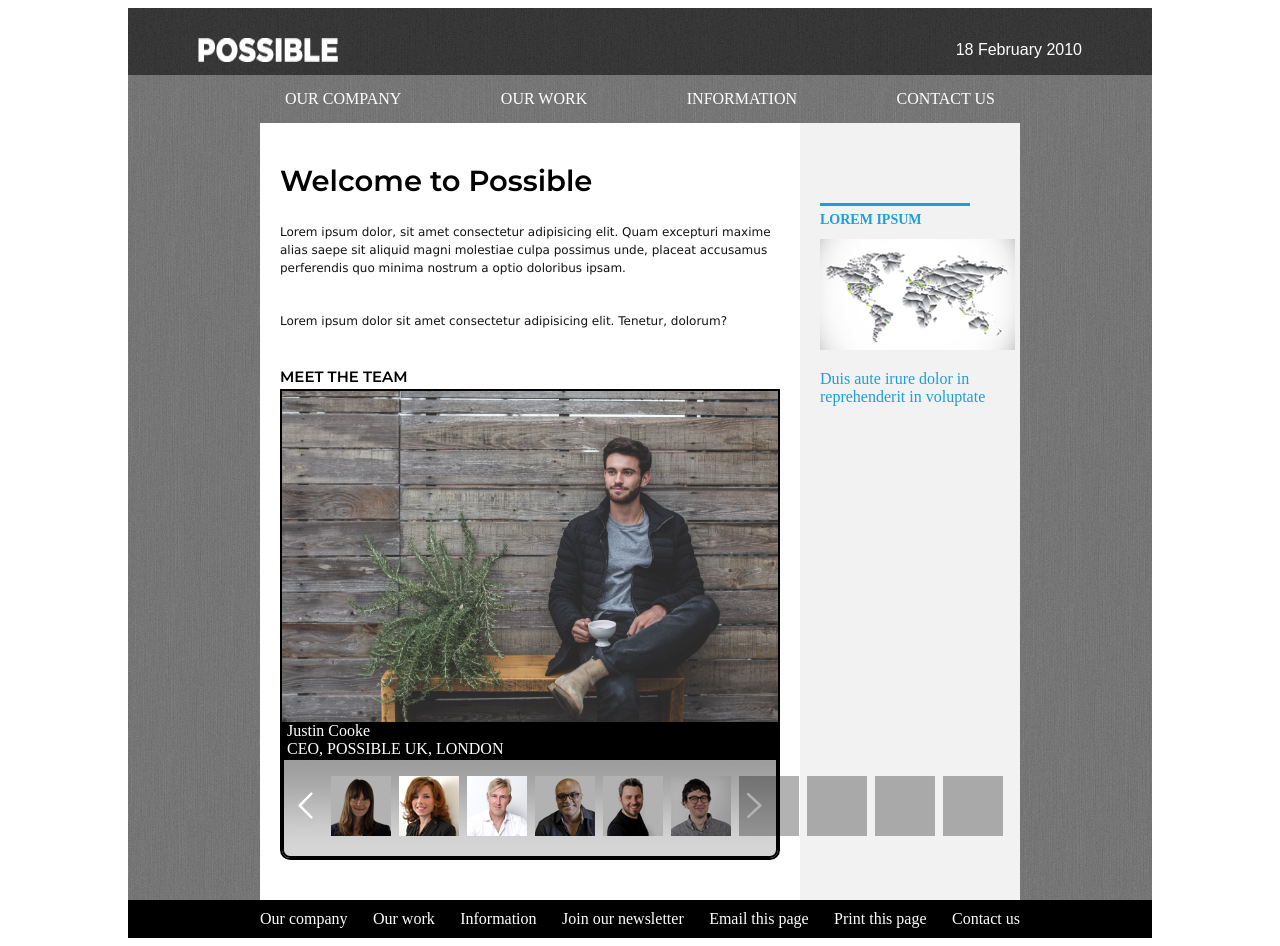
Repository: grzegorzgebala/possible-site
Page: index.html
An editor plug-in stored every save of this project. The page is shown before and after the next save, followed by the edit.
The browser window is 1280 px wide. The pictures show the whole page.
The style sheet was rebuilt from its Sass, Less or Tailwind sources for each picture, by a compiler version that may differ from the author's.

Above is the page before, as saved 2020-02-16 19:21:18.

### index.html
<!DOCTYPE html>
<html>
	<head>
        <meta charset="utf-8">
        <link href="https://fonts.googleapis.com/css?family=Montserrat:600&display=swap" rel="stylesheet">
		<link rel="stylesheet" type="text/css" href="css/style.css">
		<title>Possible page</title>
	</head>
	<body>
        <div class="container">
            <header>
                <img src="images/logo.png" alt="possible logo">
                <div class="date">18 February 2010</div>
            </header>
            <nav class="menu">
                <ul>
                    <li>our company</li>
                    <li>our work</li>
                    <li>information</li>
                    <li>contact us</li>
                </ul>
            </nav>
            <div class="mainSite">
                <div class="leftSide">
                    <div class="welcome">Welcome to Possible</div>
                    <article>Lorem ipsum dolor, sit amet consectetur adipisicing elit. Quam excepturi maxime alias saepe sit aliquid magni molestiae culpa possimus unde, placeat accusamus perferendis quo minima nostrum a optio doloribus ipsam.</article>
                    <article>Lorem ipsum dolor sit amet consectetur adipisicing elit. Tenetur, dolorum?</article>
                    <div class="meetTitle">Meet the team</div>
                    <div class="carousel">
                        <img id="big" src="/images/employees/picture1.png" alt="possible logo">
                        <div class="descriptor">
                            <div>Justin Cooke</div>
                            <div>CEO, POSSIBLE UK, LONDON</div>
                        </div>
                        <div class="miniatures">
                            <button class="leftArrow arrow">
                                <img src="/images/icons/leftArrow.png" alt="leftArrow">
                            </button>
                            <div class="miniaturesContainer">
                                <ul class="carouselTrack">
                                    <li class="carouselSlide currentSlide">
                                        <div class="pictureContainer"></div>
                                        <img class="carouselImage" src="/images/employees/min1.png" alt="person1">
                                    </li>
                                    <li class="carouselSlide">
                                        <!-- <div class="pictureContainer"></div> -->
                                        <img class="carouselImage" src="/images/employees/min2.png" alt="person2">
                                    </li>
                                    <li class="carouselSlide">
                                        <!-- <div class="activeImg"></div> -->
                                        <img class="carouselImage" src="/images/employees/min3.png" alt="person3">
                                    </li>
                                    <li class="carouselSlide">
                                        <div class="pictureContainer"></div>
                                        <img class="carouselImage" src="/images/employees/min4.png" alt="person4">
                                    </li>
                                    <li class="carouselSlide">
                                        <div class="pictureContainer"></div>
                                        <img class="carouselImage" src="/images/employees/min5.png" alt="person5">
                                    </li>
                                    <li class="carouselSlide">
                                        <div class="pictureContainer"></div>
                                        <img class="carouselImage" src="/images/employees/min6.png" alt="person6">
                                    </li>
                                    <li class="carouselSlide">
                                        <div class="pictureContainer"></div>
                                        <img class="carouselImage" src="/images/employees/min7.png" alt="person7">
                                    </li>
                                    <li class="carouselSlide">
                                        <div class="pictureContainer"></div>
                                        <img class="carouselImage" src="/images/employees/min8.png" alt="person8">
                                    </li>
                                    <li class="carouselSlide">
                                        <div class="pictureContainer"></div>
                                        <img class="carouselImage" src="/images/employees/min9.png" alt="person9">
                                    </li>
                                    <li class="carouselSlide">
                                        <div class="pictureContainer"></div>
                                        <img class="carouselImage" src="/images/employees/min10.png" alt="person10">
                                    </li>
                                </ul>
                            </div>
                            <button class="rightArrow arrow">
                                <img src="/images/icons/rightArrow.png" alt="rightArrow">
                            </button>
                        </div>
                    </div>
                </div>
                <div class="rightSide">
                    <div class="rightTitle">lorem ipsum</div>
                    <img src="/images/map.png" alt="map">
                    <p>Duis aute irure dolor  in reprehenderit in voluptate</p>
                </div>
            </div>
            <footer>
                <ul>
                    <li>our company</li>
                    <li>our work</li>
                    <li>information</li>
                    <li>join our newsletter</li>
                    <li>email this page</li>
                    <li>print this page</li>
                    <li>contact us</li>
                </ul>
            </footer>
        </div>
    </body>
    <script type="text/javascript" src="/js/script.js"></script>
</html>

### js/script.js
// const click1 = document.getElementById("1");
// const click2 = document.getElementById("2");
// const click3 = document.getElementById("3");
// const big = document.getElementById("big");

// click1.addEventListener('click', (click) => {
//     console.log(click);
//     big.setAttribute('src', '/images/employees/picture2.png');
// })

// function myFunc() {
//     console.log('Jestem w myFunc');
//     document.getElementById("big").setAttribute('src', '/images/employees/picture2.png');
// }

const track = document.querySelector(".carouselTrack");
console.log('track: ',track);
const slides = Array.from(track.children);
console.log(slides);
const nextButton = document.querySelector('.rightArrow');
const prevButton = document.querySelector('.leftArrow');

const slideWidth = slides[0].getBoundingClientRect().width;

const setSlidePosition = (slide, index) => {
    slide.style.left = slideWidth * index + 'px';
};

slides.forEach(setSlidePosition);

const moveToSlide = (track, currentSlide, targetSlide) => {
    track.style.transform = 'translateX(-' + targetSlide.style.left + ')';
    currentSlide.classList.remove('currentSlide');
    targetSlide.classList.add('currentSlide');
}
// slides[0].style.left = slideWidth * 0 + 'px';
nextButton.addEventListener('click', e => {
    const currentSlide = track.querySelector(".currentSlide");
    const prevSlide = currentSlide.previousElementSibling;

    moveToSlide(track, currentSlide, prevSlide);
});

prevButton.addEventListener('click', e => {
    const currentSlide = track.querySelector(".currentSlide");
    const nextSlide = currentSlide.nextElementSibling;
    moveToSlide(track, currentSlide, nextSlide);
})

// when I click left, move slides to the left
// when I click right move slide to the right

### sass/style.scss
// variables
$menuElementsColor: #ffffff;
$contentElementsColor: #000000;
$footerBackgroundColor: #000000;
$menuHooverColor: #000000;
$activeMenuColor: #1d9ed9;
$sideMenuColor: #1d9ed9;
$fontMenu: "Proxima Nova";
$leftSideBackgroundColor: #ffffff;
$rightSideBackgroundColor: #f2f2f2;
$contentHeaderFont: "Montserrat", sans-serif;;
$contentDescriptionFont: "Verdana";
$contentColor: #121212;

// page style
.container {
    max-width: 1024px;
    margin: 0 auto;
    background-image: url("/images/mainBackground.png");
}

// header style
header {
    background-image: url("/images/backgroundHeader.png");
    display: flex;
    justify-content: space-between;
    padding: 30px 70px 13px 70px;

    .date {
        color: $menuElementsColor;
        // font-size: 12px;
        line-height: 24px;
        font-family: "Arial";
        // font-weight: bold;
    }
}

// menu
.menu ul {
    max-width: 760px;
    margin: 5px auto;
    display: flex;
    justify-content: space-between;
    list-style-type: none;
    color: $menuElementsColor;
    text-transform: uppercase;
    padding: 0;

    :hover {
        background-color: $menuHooverColor;
        color: $activeMenuColor;
        cursor: pointer;
    }

    li {
        padding: 10px 25px;
    }
}

// main content
.mainSite {
    max-width: 760px;
    margin: 0 auto;
    display: flex;
    justify-content: center;
    flex-direction: row;

    .leftSide {
        width: 100%;
        max-width: 500px;
        background-color: $leftSideBackgroundColor;
        padding: 40px 20px;

        .welcome {
            font-family: $contentHeaderFont;
            margin: 0;
            font-size: 29px;
            font-weight: bold;
        }

        article {
            font-family: $contentDescriptionFont;
            font-size: 12px;
            line-height: 18px;
            color: $contentColor;
            margin-top: 25px;
            margin-bottom: 35px;
        }
        .meetTitle {
            font-size: 15px;
            line-height: 24px;
            text-transform: uppercase;
            color: $contentElementsColor;
            font-family: $contentHeaderFont;
        }

        .descriptor {
            background-color: black;
            padding-left: 5px;

            div {
                color: white;
            }
        }

        .carousel {
            display: flex;
            flex-direction: column;
            border: 2px solid black;
            border-bottom-left-radius: 10px;
            border-bottom-right-radius: 10px;

            .miniatures {
                // overflow: hidden;
                background-image: url("/images/carouseleBackground.png");
                display: flex;
                // justify-content: space-between;
                // align-items: center;
                // padding: 20px 15px;
                border: 2px solid black;
                border-bottom-left-radius: 8px;
                border-bottom-right-radius: 8px;

                .miniaturesContainer {
                    max-width: 500px;
                    overflow: hidden;
                    display: flex;
                    justify-content: space-between;
                }
                .carouselTrack {
                    display: flex;
                    justify-content: space-between;
                    // align-items: center;
                    list-style-type: none;
                    // width: 100%;
                    padding: 0;

                    .carouselSlide {
                        margin: 0 4px;
                        // margin-right: 10px;
                        // height: 60px;
                        // width: 60px;
                        .carouselImage {

                            // width: 100%;
                            // object-fit: cover;
                        }
                    }
                }

                .pictureContainer {
                    width: 60px;
                    height: 60px;
                    position: absolute;
                    z-index: 1;
                    background: black;
                    opacity: .3;
                }

                .activeImg {
                    position: absolute;
                    z-index: 1;
                    width: 54px;
                    height: 54px;
                    border: 3px solid $sideMenuColor;
                }

                .arrow {
                    margin: 0 14px;
                }

                button {
                    background: none;
                    color: inherit;
                    border: none;
                    padding: 0;
                    font: inherit;
                    cursor: pointer;
                    outline: inherit;
                }
            }
        }
    }


    .rightSide {
        background-color: $rightSideBackgroundColor;
        width: 40%;
        padding-left: 20px;

        .rightTitle {
            text-transform: uppercase;
            color: $sideMenuColor;
            font-weight: bold;
            font-size: 14px;
            line-height: 18px;
            border-top: 3px solid $sideMenuColor;
            width: 150px;
            margin-top: 80px;
            margin-bottom: 10px;
            padding-top: 5px;
        }

        p {
            color: $sideMenuColor;
        }
    }

}

// footer
footer {
    background: $footerBackgroundColor;
}

footer ul {
    display: flex;
    justify-content: space-between;
    max-width: 760px;
    margin: 0 auto;
    list-style-type: none;
    color: $menuElementsColor;
    background: $footerBackgroundColor;
    padding: 10px;

    :hover {
        color: $activeMenuColor;
        cursor: pointer;
    }

    li::first-letter {
        text-transform: uppercase;
    }
}

After the next save:
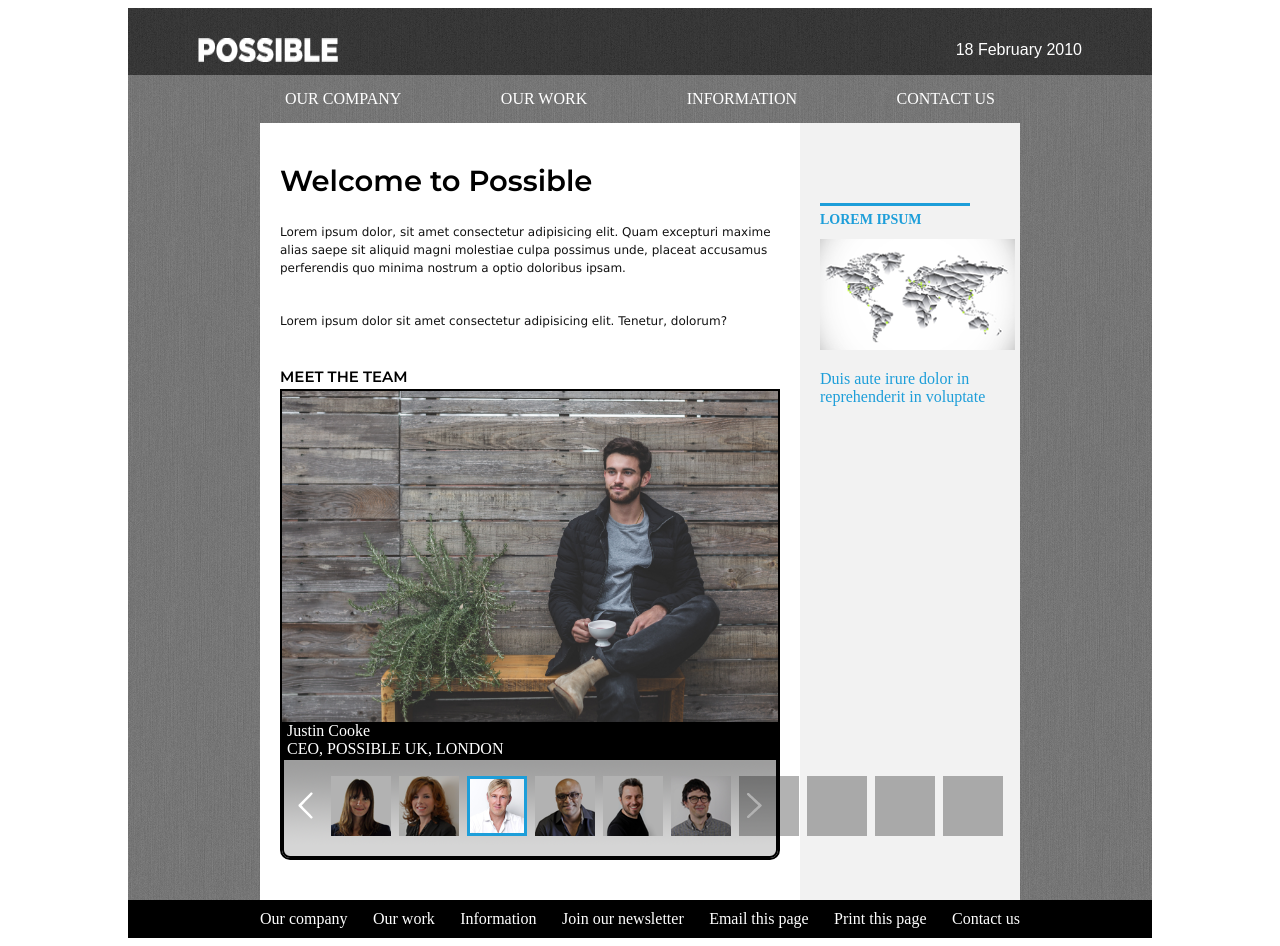
Saved 18 min 32 s later.
--- a/index.html
+++ b/index.html
@@ -43,11 +43,11 @@
                                         <img class="carouselImage" src="/images/employees/min1.png" alt="person1">
                                     </li>
                                     <li class="carouselSlide">
-                                        <!-- <div class="pictureContainer"></div> -->
+                                        <div class="pictureContainer"></div>
                                         <img class="carouselImage" src="/images/employees/min2.png" alt="person2">
                                     </li>
                                     <li class="carouselSlide">
-                                        <!-- <div class="activeImg"></div> -->
+                                        <div class="activeImg"></div>
                                         <img class="carouselImage" src="/images/employees/min3.png" alt="person3">
                                     </li>
                                     <li class="carouselSlide">
